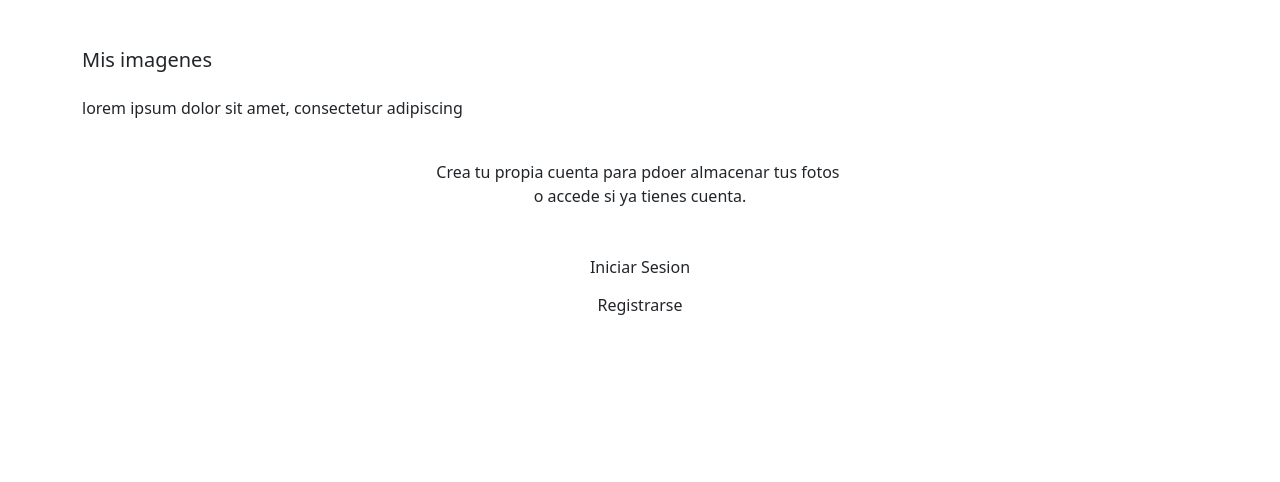
Repository: Davic1o/Fiebaseapp
Page: /
These files come from the project's save history. The page is drawn as it stood at one moment and after the next save; the edit follows.
The browser window is 1280 px wide. The pictures show the whole page.
The project was rebuilt for these pictures with package versions that can differ from the ones it lists, and the page was loaded fresh each time. The framework's server and built-in components were replaced by stand-ins that run in the browser. Also part of the build but not shown: next.config.js.

Above is the page before, as saved 2022-07-28 09:31:51.

After the next save:
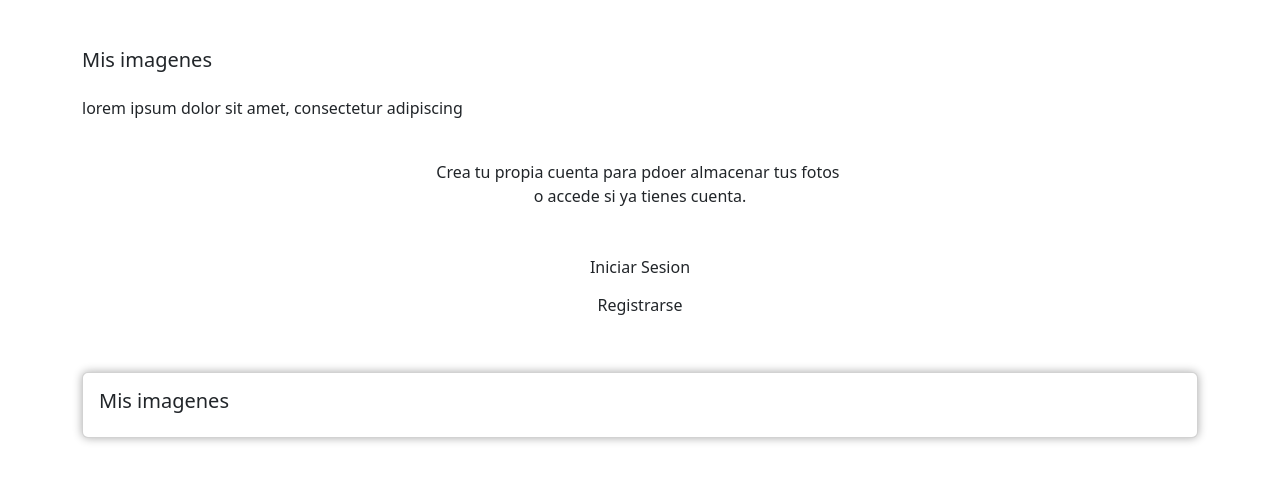
Saved 8 min 25 s later.
--- a/pages/index.js
+++ b/pages/index.js
@@ -1,13 +1,13 @@
 import Head from 'next/head'
 import Link from 'next/link'
-import React,{useState, useEffect} from 'react'
+import React, { useState, useEffect } from 'react'
 
 import 'bootstrap/dist/css/bootstrap.min.css';
 import { Container, Button, Card, CardTitle, CardText } from 'reactstrap';
 
-export default function Home(){
+export default function Home() {
 
-  const HeadData = () =>{
+  const HeadData = () => {
     return <Head>
       <title>Home</title>
       <meta name='viewport' content='initial-scale=1.0, width=device-width' />
@@ -20,8 +20,8 @@ export default function Home(){
   return <>
     <HeadData />
     <Container>
-      <br/>
-      <br/>
+      <br />
+      <br />
       <CardTitle tag='h5'>
         Mis imagenes
       </CardTitle>
@@ -36,26 +36,34 @@ export default function Home(){
       </CardText>
       <br />
 
-      <div style={{textAlign:'center'}}>
+      <div style={{ textAlign: 'center' }}>
         <Link href="/user_app/?loginType=login">
-          <div style={{display: 'inline-block'}}>
-              <Button color='prymary' outline>
-                Iniciar Sesion
-              </Button>
+          <div style={{ display: 'inline-block' }}>
+            <Button color='prymary' outline>
+              Iniciar Sesion
+            </Button>
 
           </div>
         </Link>
       </div>
-      <div style={{textAlign:'center'}}>
+      <div style={{ textAlign: 'center' }}>
         <Link href="/user_app/?loginType=registrer">
-          <div style={{display: 'inline-block'}}>
-              <Button color='prymary' outline>
-                Registrarse
-              </Button>
-
+          <div style={{ display: 'inline-block' }}>
+            <Button color='prymary' outline>
+              Registrarse
+            </Button>
           </div>
         </Link>
       </div>
+      <br />
+      <br />
+
+      <Card body style={{ boxShadow: '0px 0px 10px 0px #00000055'}}>
+      <CardTitle tag='h5'>
+        Mis imagenes
+      </CardTitle>
+
+      </Card>
     </Container>
 
   </>
